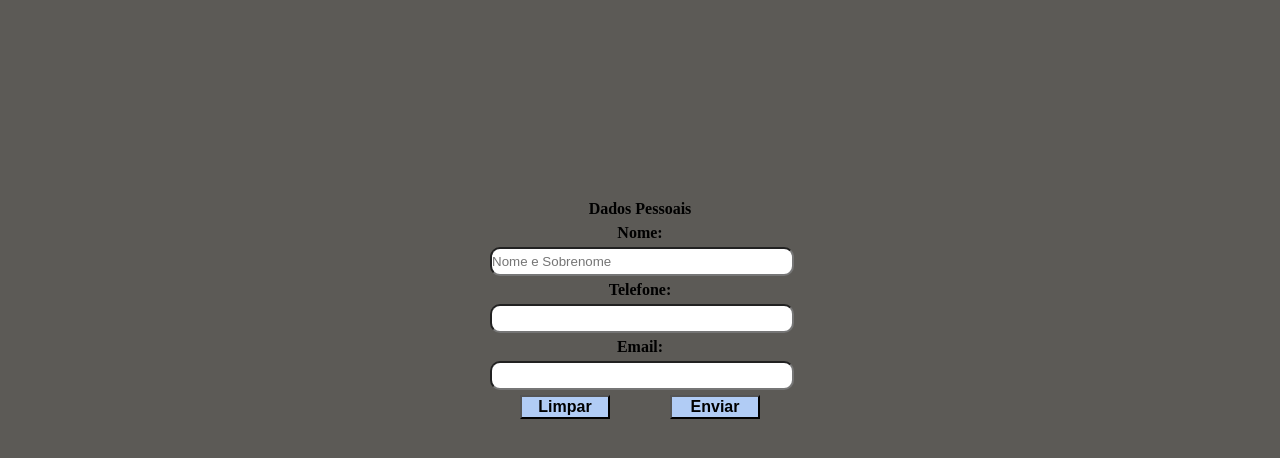
Repository: vitorrausis/Projeto_Final_TrilhaWeb
Page: ProjetoWebJava-main/exemploServlet/src/main/webapp/contato.html
These files come from the project's save history. The page is drawn as it stood at one moment and after the next save; the edit follows.
The browser window is 1280 px wide. The pictures show the whole page.

Above is the page before, as saved 2024-03-21 23:40:13.

After the next save:
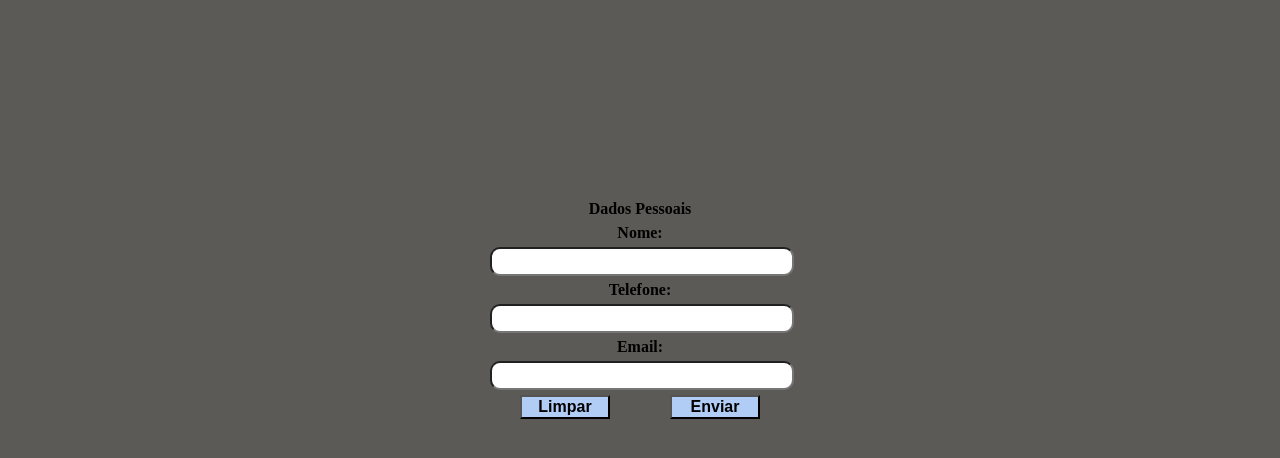
Saved 55 s later.
--- a/ProjetoWebJava-main/exemploServlet/src/main/webapp/contato.html
+++ b/ProjetoWebJava-main/exemploServlet/src/main/webapp/contato.html
@@ -10,8 +10,8 @@
             <fieldset class="faleConosco">
                 <legend>Dados Pessoais</legend>
                 <label for="nome">Nome: </label>
-                <input placeholder="Nome e Sobrenome" type="text" name="txtnome" id="nome">
-                <label placeholder="(XX)XXXXX-XXXX" for="fone">Telefone: </label>
+                <input placeholder="" type="text" name="txtnome" id="nome">
+                <label placeholder="Telefone" for="fone">Telefone: </label>
                 <input type="text" name="txtfone" id="fone">
                 <label for="email">Email: </label>
                 <input type="email" name="txtemail" id="email">
